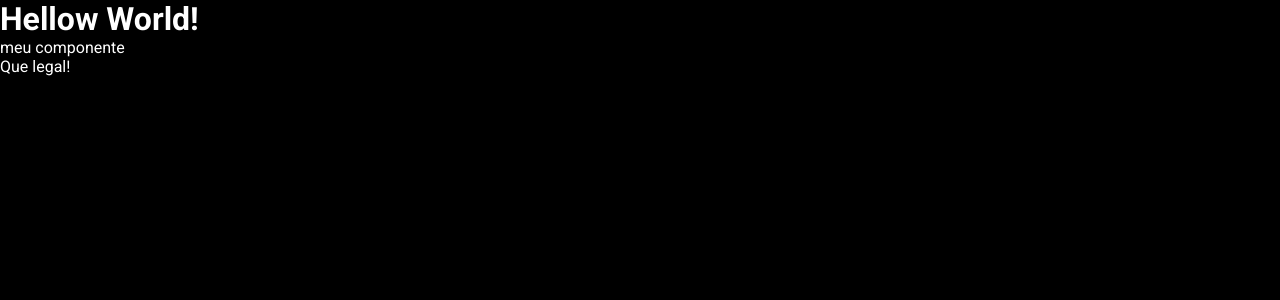
Repository: Vinicius-Atilio/dsmeta
Page: / (app in frontend/)
These files come from the project's save history. The page is drawn as it stood at one moment and after the next save; the edit follows.
The browser window is 1280 px wide. The pictures show the whole page.
The project was rebuilt for these pictures with package versions that can differ from the ones it lists, and the page was loaded fresh each time. Also part of the build but not shown: frontend/vite.config.ts.

Above is the page before, as saved 2022-07-13 10:23:39.

After the next save:
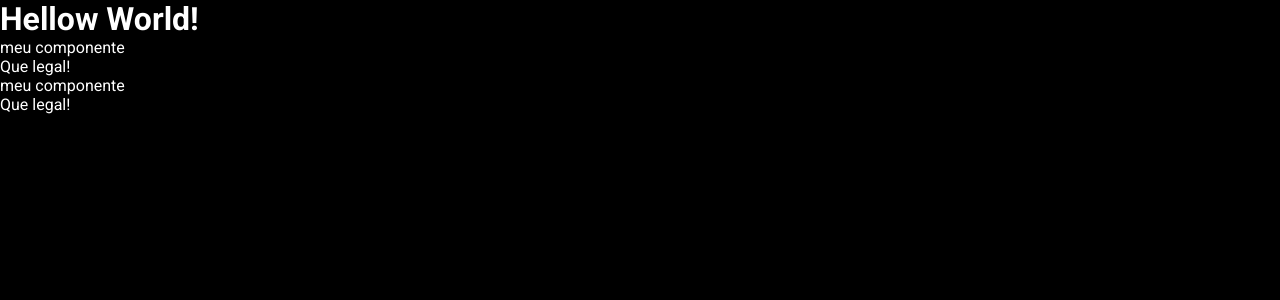
Saved 56 s later.
--- a/frontend/src/App.tsx
+++ b/frontend/src/App.tsx
@@ -5,6 +5,7 @@ function App() {
         <>
             <h1>Hellow World!</h1>
             <NotificationButton />
+            <NotificationButton />
         </>
     );
 }
